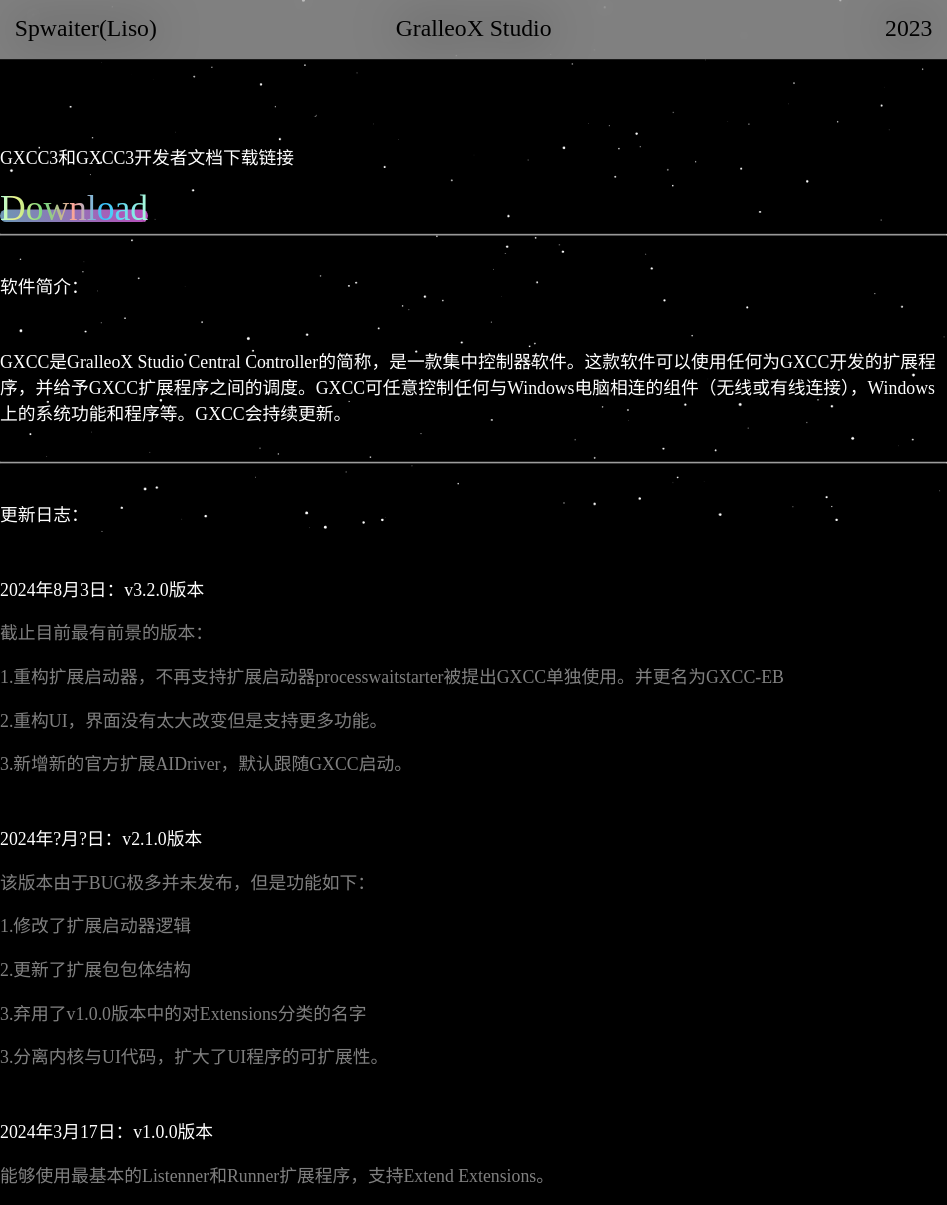
Repository: Lisu-Liso/page
Page: GXCC/index.html
An editor plug-in stored every save of this project. The page is shown before and after the next save, followed by the edit.
The browser window is 1280 px wide. The pictures show the whole page, at 74% of full size.

Above is the page before, as saved 2024-08-04 09:01:04.

### GXCC/index.html
<!DOCTYPE html>
<html lang="zh">
    <head>
        <meta http-equiv="Content-Type" content="text/html;charset=utf-8">
        <title>GXCC - GralleoX Studio</title>
        <link rel="stylesheet" type="text/css" href="./header.css">
        <link rel="stylesheet" type="text/css" href="./orientation.css">
        <link rel="shortcut icon" href="./GralleoX logo v2 web.ico">
        <style>
            body{
                overflow        : scroll;
                background-color: black;
                top             : 0;
                bottom          : 0;
                left            : 0;
                right           : 0;
                margin-top      : 100px;
                margin-bottom   : 0;
                margin-left     : 0;
                margin-right    : 0;
                user-select     : none;
            }
            ::-webkit-scrollbar{display: none;}
            .getin_screen{
                position        : fixed;
                top             : 0;
                bottom          : 0;
                left            : 0;
                right           : 0;
                background-color: rgba(0,0,0,0);
                color           : rgba(0,0,0,0);
                animation       : getinanimation 4s ease-in-out;
                text-align      : center;
                display         : table-cell;
            }
            @keyframes getinanimation{
                0% {
                    background-color       : rgba(255,255,255,1);
                    color                  : black;
                    backdrop-filter        : blur(15px);
                    -webkit-backdrop-filter: blur(15px);
                }
                40% {
                    background-color       : rgba(255,255,255,0.5);
                    color                  : black;
                    backdrop-filter        : blur(15px);
                    -webkit-backdrop-filter: blur(15px);
                }
                70% {
                    background-color       : rgba(255,255,255,0.5);
                    color                  : black;
                    backdrop-filter        : blur(15px);
                    -webkit-backdrop-filter: blur(15px);
                }
                100% {
                    background-color       : rgba(0,0,0,0);
                    color                  : rgba(0,0,0,0);
                    backdrop-filter        : blur(0px);
                    -webkit-backdrop-filter: blur(0px);
                }
            }
            .download_block{
                position               : fixed;
                top                    : 100px;
                left                   : 100px;
                right                  : 100px;
                bottom                 : 100px;
                margin-top             : 10px;
                margin-left            : 10px;
                margin-right           : 10px;
                margin-bottom          : 10px;
                background-color       : rgba(255,255,255,0.5);
                backdrop-filter        : blur(15px);
                -webkit-backdrop-filter: blur(15px);
                border-radius          : 100px;
                box-shadow             : 0 20px 50px rgba(0,0,0,0.2);
            }
            @keyframes blockout{
                0% {
                    background-color       : rgba(255,255,255,0);
                    backdrop-filter        : blur(0px);
                    -webkit-backdrop-filter: blur(0px);
                    box-shadow             : 0 20px 50px rgba(0,0,0,0);
                    opacity                : 0;
                }
                100% {
                    background-color       : rgba(255,255,255,0.5);
                    backdrop-filter        : blur(15px);
                    -webkit-backdrop-filter: blur(15px);
                    box-shadow             : 0 20px 50px rgba(0,0,0,0.2);
                    opacity                : 1;
                }
            }
            @keyframes blockquite{
                0% {
                    background-color       : rgba(255,255,255,0.5);
                    backdrop-filter        : blur(15px);
                    -webkit-backdrop-filter: blur(15px);
                    box-shadow             : 0 20px 50px rgba(0,0,0,0.2);
                    opacity                : 1;
                }
                100% {
                    background-color       : rgba(255,255,255,0);
                    backdrop-filter        : blur(0px);
                    -webkit-backdrop-filter: blur(0px);
                    box-shadow             : 0 20px 50px rgba(0,0,0,0);
                    opacity                : 0;
                }
            }
            .header-float{
                position: fixed;
                top     : 0;
                left    : 0;
                right   : 0;
                width   : 100%;
            }
            .black_board{
                position               : fixed;
                top                    : 80px;
                left                   : 0;
                right                  : 0;
                bottom                 : 0;
                margin-top             : 0;
                margin-left            : 0;
                margin-right           : 0;
                margin-bottom          : 0;
                backdrop-filter        : blur(15px);
                -webkit-backdrop-filter: blur(15px);
                background-color       : rgba(0,0,0,0.3);
            }
            @keyframes boardout{
                0% {
                    backdrop-filter        : blur(0px);
                    -webkit-backdrop-filter: blur(0px);
                    background-color       : rgba(0,0,0,0);
                }
                100% {
                    backdrop-filter        : blur(15px);
                    -webkit-backdrop-filter: blur(15px);
                    background-color       : rgba(0,0,0,0.3);
                }
            }
            @keyframes boardquite{
                0% {
                    backdrop-filter        : blur(15px);
                    -webkit-backdrop-filter: blur(15px);
                    background-color       : rgba(0,0,0,0.3);
                }
                100% {
                    backdrop-filter        : blur(0px);
                    -webkit-backdrop-filter: blur(0px);
                    background-color       : rgba(0,0,0,0);
                }
            }
            .newbutton{
                background   : linear-gradient(75deg,rgba(145, 202, 240, 0.75),rgba(248, 102, 248, 0.75));
                border-radius: 20px;
                text-align   : center;
                cursor       : pointer;
            }
            :root {
                --rainbow-gradient: linear-gradient(-90deg,#adfbda 0,#35c3ff 30%,#fda399 50%,#76d880 70%,#ebf38b 90%,#adfbda 100%);
            }
            .article-header--title {
                background-image       : var(--rainbow-gradient,#fff);
                background-size        : 100%;
                background-repeat      : repeat;
                background-clip        : text;
                -webkit-background-clip: text;
                -webkit-text-fill-color: transparent;
                -moz-background-clip   : text;
                -moz-text-fill-color   : transparent;
                filter                 : drop-shadow(0 0 2rpx #000);
                text-shadow            : none!important;
                cursor                 : pointer;
            }
            a{
                text-decoration: none;
            }
            font{
                cursor : default;
            }
            .backgroundimage{
                position: fixed;
                top     : 0;
                left    : 0;
                right   : 0;
                width   : 100%;
                height  : 100%;
                z-index: -1;
            }
            .normaltext{
                font-size: 18pt;
                color:white;
            }
        </style>
    </head>
    <body>
        <canvas id="bgCanvas" class="backgroundimage"></canvas>
        <script>
            // 获取画布
            var canvas = document.getElementById('bgCanvas');
            var ctx = canvas.getContext('2d');

            // 设置画布尺寸与窗口大小一致
            canvas.width = window.innerWidth;
            canvas.height = window.innerHeight;

            // 创建一个数组用于存储星星的信息
            var stars = [];

            // 创建星星对象
            function Star(x, y, radius, color, speed) {
                this.x = x;
                this.y = y;
                this.radius = radius;
                this.color = color;
                this.speed = speed;
            }

            // 初始化星星
            function init() {
                for (var i = 0; i < 200; i++) {
                    var x = Math.random() * canvas.width;
                    var y = Math.random() * canvas.height;
                    var radius = Math.random() * 2;
                    var color = 'white';
                    var speed = Math.random() * 0.5;

                    stars.push(new Star(x, y, radius, color, speed));
                }
            }

            // 绘制星星
            function drawStars() {
                ctx.clearRect(0, 0, canvas.width, canvas.height);

                for (var i = 0; i < stars.length; i++) {
                    var star = stars[i];

                    ctx.beginPath();
                    ctx.arc(star.x, star.y, star.radius, 0, Math.PI * 2);
                    ctx.fillStyle = star.color;
                    ctx.fill();
                }
            }

            // 更新星星位置
            function updateStars() {
                for (var i = 0; i < stars.length; i++) {
                    var star = stars[i];

                    star.x += star.speed;

                    if (star.x > canvas.width) {
                        star.x = 0;
                    }
                }
            }

            // 动画循环
            function animate() {
                requestAnimationFrame(animate);

                drawStars();
                updateStars();
            }

            // 初始化并启动动画
            init();
            animate();
        </script>
        <div style="text-align:center;top:0;left:0;right:0;"><font size="7">这里是GXCC中文官网！</font></div>
        <p class="normaltext">GXCC3和GXCC3开发者文档下载链接</p>
        <a class="newbutton" onclick="join_us()"><font class="article-header--title" size="7">Download</font></a>
        <div class="black_board" id="bb"></div>
        <div class="download_block" id="download_block">
            <div style="text-align: center">
                <a class="newbutton" onclick="close_download_block()"><font class="article-header--title" size="7">点击关闭此框</font></a>
            </div>
            <div style="margin-left: 1cm;">
                <font size="7" color="black">这里是下载链接（最新版本）</font>
                <br>
                <font size="7" color="grey">历史版本</font>
                <font size="7" color="red">暂时</font>
                <font size="7" color="grey">不支持下载</font>
                <br>
                <font class="normaltext" color="red">如果杀毒软件报告有病毒请忽略，此软件已经经过Microsoft Defender检测，360纯属误报。</font>
                <br>
                <a class="normaltext" href="https://github.com/Lisu-Liso/GXCC/releases/tag/GXCC3">Link</a>
            </div>
        </div>
        <hr/>
        <br>
        <p class="normaltext">软件简介：</p>
        <br>
        <p class="normaltext">GXCC是GralleoX Studio Central Controller的简称，是一款集中控制器软件。这款软件可以使用任何为GXCC开发的扩展程序，并给予GXCC扩展程序之间的调度。GXCC可任意控制任何与Windows电脑相连的组件（无线或有线连接），Windows上的系统功能和程序等。GXCC会持续更新。</p>
        <br>
        <hr/>
        <br>
        <p class="normaltext">更新日志：</p>
        <br>
        <p class="normaltext">2024年8月3日：v3.2.0版本</p>
        <p class="normaltext" style="color: grey;">截止目前最有前景的版本：</p>
        <p class="normaltext" style="color: grey;">1.重构扩展启动器，不再支持扩展启动器processwaitstarter被提出GXCC单独使用。并更名为GXCC-EB</p>
        <p class="normaltext" style="color: grey;">2.重构UI，界面没有太大改变但是支持更多功能。</p>
        <p class="normaltext" style="color: grey;">3.新增新的官方扩展AIDriver，默认跟随GXCC启动。</p>
        <br>
        <p class="normaltext">2024年?月?日：v2.1.0版本</p>
        <p class="normaltext" style="color: grey;">该版本由于BUG极多并未发布，但是功能如下：</p>
        <p class="normaltext" style="color: grey;">1.修改了扩展启动器逻辑</p>
        <p class="normaltext" style="color: grey;">2.更新了扩展包包体结构</p>
        <p class="normaltext" style="color: grey;">3.弃用了v1.0.0版本中的对Extensions分类的名字</p>
        <p class="normaltext" style="color: grey;">3.分离内核与UI代码，扩大了UI程序的可扩展性。</p>
        <br>
        <p class="normaltext">2024年3月17日：v1.0.0版本</p>
        <p class="normaltext" style="color: grey;">能够使用最基本的Listenner和Runner扩展程序，支持Extend Extensions。</p>
        <div class="headerblock">
            <div class="centertext"><font size="6">GralleoX Studio</font></div>
            <div class="lefttext"><font size="6">Spwaiter(Liso)</font></div>
            <div class="righttext"><font size="6">2023</font></div>
        </div>
        <div class="getin_screen" id="getin">
            <font size="7" id="getintext">网站正在加载，请稍后...</font>
        </div>
    </body>
    <script type="text/javascript">
        let t = document.getElementById("download_block");
        t.style.display = "none";

        t = document.getElementById("bb");
        t.style.display = "none";
    </script>
    <script type="text/javascript">
        setTimeout(function(){
            let t = document.getElementById("getintext");
            t.innerHTML = "网站加载完毕，即将进入网站。";
            setTimeout(function(){
                let t = document.getElementById("getin");
                t.style.display = "none";
            },2000);
        },2000);
        function join_us(){
            let t = document.getElementById("download_block");
            t.style.display = "block";
            t.style.animation = "blockout 0.5s ease-in-out";

            t = document.getElementById("bb");
            t.style.display = "block";
            t.style.animation = "boardout 0.5s ease-in-out";
        }
        function close_download_block(){
            let t = document.getElementById("download_block");
            t.style.animation = "blockquite 0.5s ease-in-out";

            t = document.getElementById("bb");
            t.style.animation = "boardquite 0.5s ease-in-out";
            setTimeout(function(){
                let t = document.getElementById("download_block");
                t.style.display = "none";

                t = document.getElementById("bb");
                t.style.display = "none";
            },500);
        }
    </script>
</html>

### GXCC/header.css
.headerblock{
    position               : fixed;
    top                    : 0px;
    left                   : 0px;
    right                  : 0px;
    margin-top             : 0px;
    margin-left            : 0px;
    margin-right           : 0px;
    width                  : 100%;
    height                 : 80px;
    background-color       : rgba(255,255,255,0.5);
    backdrop-filter        : blur(10px);
    -webkit-backdrop-filter: blur(10px);
    box-shadow             : 0 20px 50px rgba(0,0,0,0.2);
    align-items            : center;
}
.centertext{
    position    : fixed;
    top         : 0;
    left        : 0;
    right       : 0;
    margin-top  : 20px;
    margin-left : 20px;
    margin-right: 20px;
    text-align  : center;
    filter      : drop-shadow(0 0 2rem #000);
    text-shadow : none!important;
    color       : black;
}
.lefttext{
    position    : fixed;
    top         : 0;
    left        : 0;
    right       : 0;
    margin-top  : 20px;
    margin-left : 20px;
    margin-right: 20px;
    text-align  : left;
    filter      : drop-shadow(0 0 2rem #000);
    text-shadow : none!important;
    color       : black;
}
.righttext{
    position    : fixed;
    top         : 0;
    left        : 0;
    right       : 0;
    margin-top  : 20px;
    margin-left : 20px;
    margin-right: 20px;
    text-align  : right;
    filter      : drop-shadow(0 0 2rem #000);
    text-shadow : none!important;
    color       : black;
}

### orientation.css
i{
    border: solid black;
    border-width: 0 3px 3px 0;
    display: inline-block;
    padding: 3px;
}
.right{
    transform: rotate(-45deg);
    -webkit-transform: rotate(-45deg);
}

.left{
    transform: rotate(135deg);
    -webkit-transform: rotate(135deg);
}

.up{
    transform: rotate(-135deg);
    -webkit-transform: rotate(-135deg);
}

.down{
    transform: rotate(45deg);
    -webkit-transform: rotate(45deg);
}

After the next save:
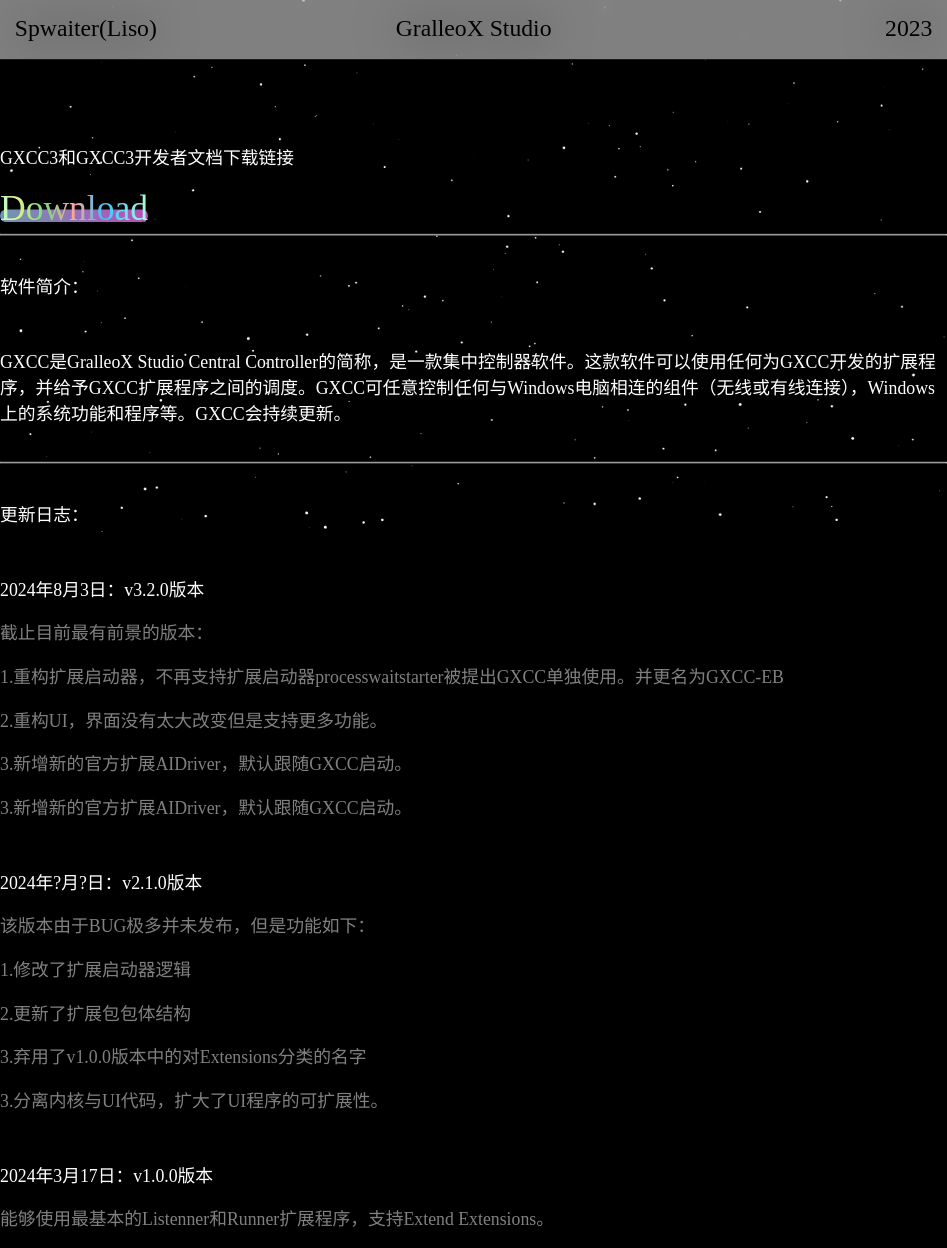
Saved 16 s later.
--- a/GXCC/index.html
+++ b/GXCC/index.html
@@ -305,6 +305,7 @@
         <p class="normaltext" style="color: grey;">1.重构扩展启动器，不再支持扩展启动器processwaitstarter被提出GXCC单独使用。并更名为GXCC-EB</p>
         <p class="normaltext" style="color: grey;">2.重构UI，界面没有太大改变但是支持更多功能。</p>
         <p class="normaltext" style="color: grey;">3.新增新的官方扩展AIDriver，默认跟随GXCC启动。</p>
+        <p class="normaltext" style="color: grey;">3.新增新的官方扩展AIDriver，默认跟随GXCC启动。</p>
         <br>
         <p class="normaltext">2024年?月?日：v2.1.0版本</p>
         <p class="normaltext" style="color: grey;">该版本由于BUG极多并未发布，但是功能如下：</p>
